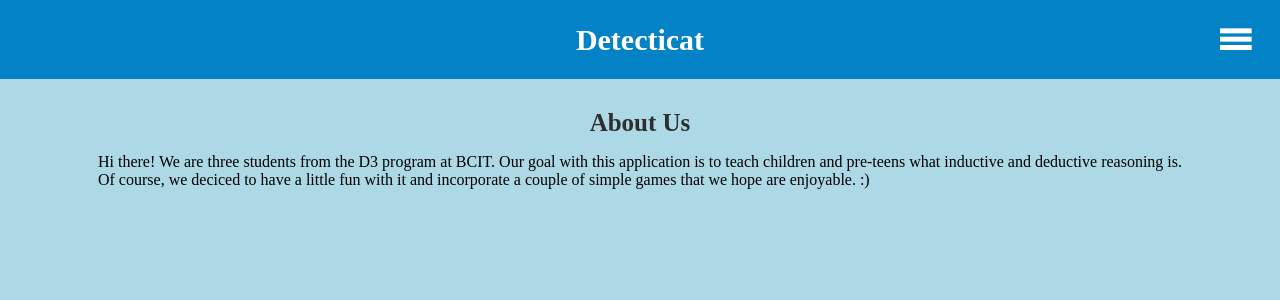
Repository: cynthiahcheng/Detecticat
Page: about page/about-us.html
The author's editor kept a copy of each file at every save. The page is drawn from the files as they stood at one save, then again after the next save.
The browser window is 1280 px wide. The pictures show the whole page.

Above is the page before, as saved 2020-03-14 21:44:29.

### about page/about-us.html
<!DOCTYPE html>
<html lang="en">

<head>
    <meta charset="UTF-8">
    <meta name="viewport" content="width=device-width, initial-scale=1.0">
    <link href="https://fonts.googleapis.com/icon?family=Material+Icons" rel="stylesheet">
    <link rel="stylesheet" href="about-us.css" type="text/css" />
    <title>Detecticat</title>
</head>

<body>
    <div class="header">
        <div class="header_title">Detecticat</div>
        <i class="material-icons" onclick="menuOpen()">menu</i>
    </div>

    <div class="nav">
        <div class="nav_close" onclick="menuClose()">
            <img class="close" src="../svg/close.svg">
        </div>
        <div class="nav_sub">
            <div class="nav_items">Home</div>
            <div class="nav_items">About</div>
            <div class="nav_items">Game</div>
            <div class="nav_items">Contact Us</div>
        </div>
    </div>

    <div id="app">
        <div class="info">
            <div class="subhead">About Us</div>
            <div id="description">
                <P> Hi there! We are three students from the D3 program at BCIT.
                    Our goal with this application is to teach children and pre-teens what inductive and deductive reasoning is. <br>
                Of course, we deciced to have a little fun with it and incorporate a couple of simple games that we hope are enjoyable. :)
             </P>
            </div>



        </div>

        <script src="about-us.js"></script>
</body>

</html>

### about page/about-us.css

body, html {
    margin:0;
    padding:0;
    background-color:lightblue;
}

.header {
    display:flex;
    justify-content: center;
    align-items: center;
    background-color: #0382C6;
    height:11vh;
}

.header_title {
    font-size:30px;
    font-family:Futura;
    font-weight:bold;
    color:white;
    position: relative;
    align-items: center;
}

.material-icons {
    font-weight:bold;
    font-size:40px;
    color:white;
    position: absolute;
    padding:10px;
    right:15px;
    cursor:pointer;
}

.nav {
    position:absolute;
    right:0;
    opacity:0;
    background-color: #0382C6;
    transition: opacity 0.1s;
}

.nav_close {
    border: 2.5px solid #073F9A;
    border-radius: 7px;
    position:absolute;
    right: 25px;
    width:20px;
    height:20px;
    padding:3px;
    cursor:pointer;
}

.nav_close_btn {
    width:23px;
    height:23px;
    margin-top:3.5px;
    margin-left:3.5px;
}

.nav_sub {
    font-size:20px;
    font-family:futura;
    font-weight:600;
    line-height:1.5;
    color:white;
    margin-top:40px;
    padding:15px 50px 15px 18px;
    cursor:pointer;
}

/* #app {
    background-color:lightblue;
} */
.info {
    display:flex;
    flex-direction:column;
    align-items: center;
}

.subhead {
    font-size:25px;
    font-family:futura;
    color:rgb(46, 46, 46);
    font-weight:600;
    padding-top:30px;
}

.description {
    font-size:20px;
    font-family:futura;
    padding-top:30px;
    line-height: 1.2;
}

### about page/about-us.js
var close_State = true;

function menuOpen(){
    document.querySelector(".nav").style.opacity = 100;
}

function menuClose(){
    document.querySelector(".nav").style.opacity = 0;
}

After the next save:
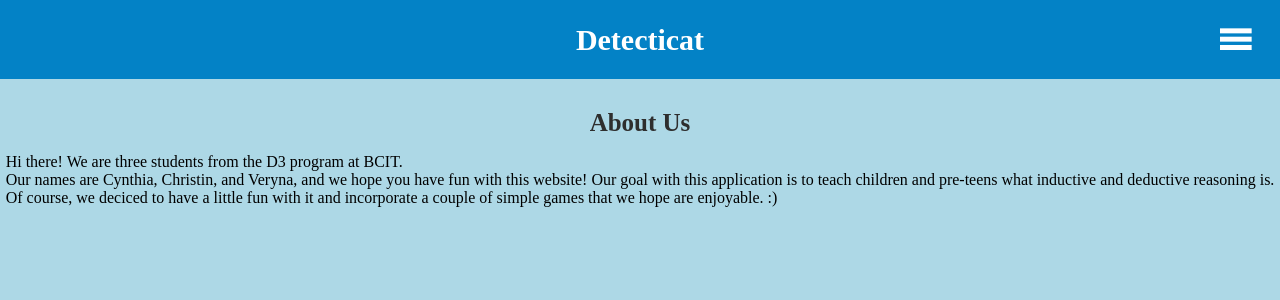
Saved 60 s later.
--- a/about page/about-us.html
+++ b/about page/about-us.html
@@ -31,7 +31,8 @@
         <div class="info">
             <div class="subhead">About Us</div>
             <div id="description">
-                <P> Hi there! We are three students from the D3 program at BCIT.
+                <P> Hi there! We are three students from the D3 program at BCIT. <br>
+                    Our names are Cynthia, Christin, and Veryna, and we hope you have fun with this website!
                     Our goal with this application is to teach children and pre-teens what inductive and deductive reasoning is. <br>
                 Of course, we deciced to have a little fun with it and incorporate a couple of simple games that we hope are enjoyable. :)
              </P>
